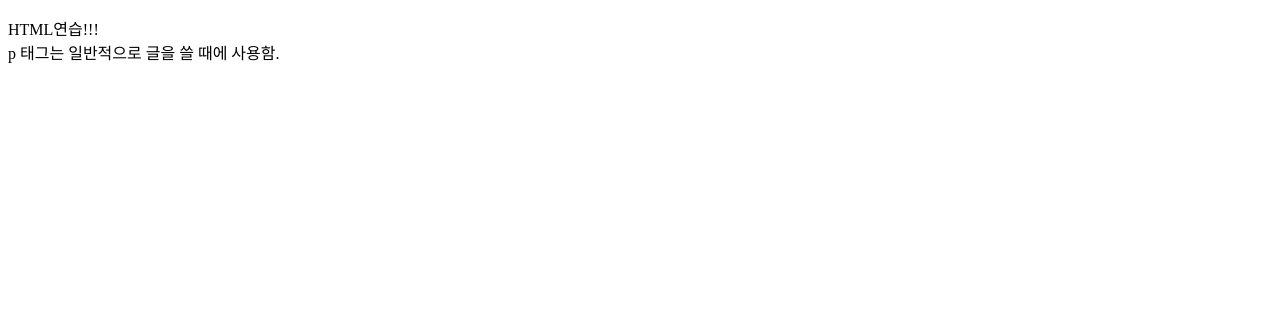
Repository: bbseok97/HTML
Page: HTML/src/main/webapp/hello.html
The author's editor kept a copy of each file at every save. The page is drawn from the files as they stood at one save, then again after the next save.
The browser window is 1280 px wide. The pictures show the whole page.

Above is the page before, as saved 2024-04-04 02:46:35.

### HTML/src/main/webapp/hello.html
<!DOCTYPE html>	<!-- !DOCTYPE은 해당 문서의 선언 -->
<html>				<!-- HTML 태그 시작(ROOT) -->
	<head>			<!-- 현재 페이지의 정보를 선언(Meta Data) -->
		<meta charset="UTF-8">				<!-- 메타정보로 이 페이지의 인코딩을 나타냄 -->
		<title>맨 처음 만드는 HTML</title>		<!-- 이 페이지의 제목 -->
	</head>			<!-- 헤드의 끝 -->
	<body>			<!-- 화면에 보여질 내용을 작성 -->
		<p>			<!-- 문단을 구분하는 태그(줄바꿈을 허용하지 않음) -->
			HTML연습!!!	<br>	<!-- 문서의 줄바꿈 태그(<br>) -->
			p 태그는 일반적으로 글을 쓸 때에 사용함.
		</p>
	</body>
</html>

After the next save:
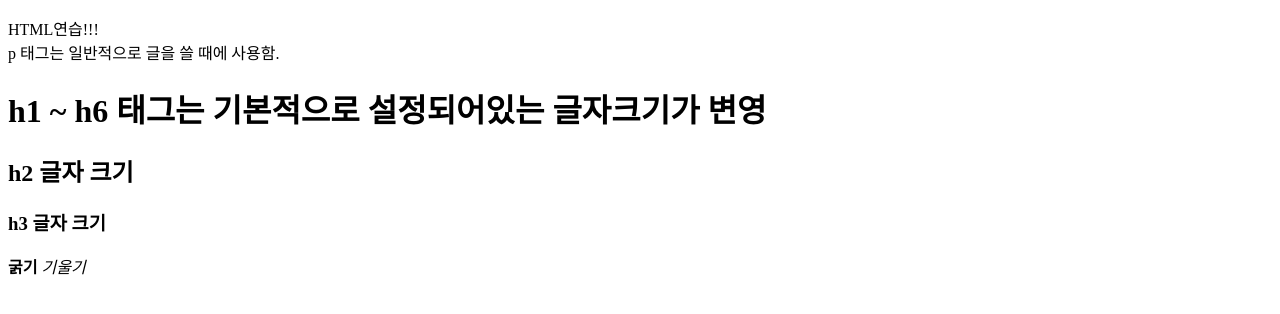
Saved 5 min 27 s later.
--- a/HTML/src/main/webapp/hello.html
+++ b/HTML/src/main/webapp/hello.html
@@ -9,5 +9,12 @@
 			HTML연습!!!	<br>	<!-- 문서의 줄바꿈 태그(<br>) -->
 			p 태그는 일반적으로 글을 쓸 때에 사용함.
 		</p>
+
+		<h1> h1 ~ h6 태그는 기본적으로 설정되어있는 글자크기가 변영</h1>
+		<h2> h2 글자 크기</h2>
+		<h3> h3 글자 크기</h3>
+
+		<b> 굵기 </b>
+		<i> 기울기 </i>
 	</body>
 </html>
